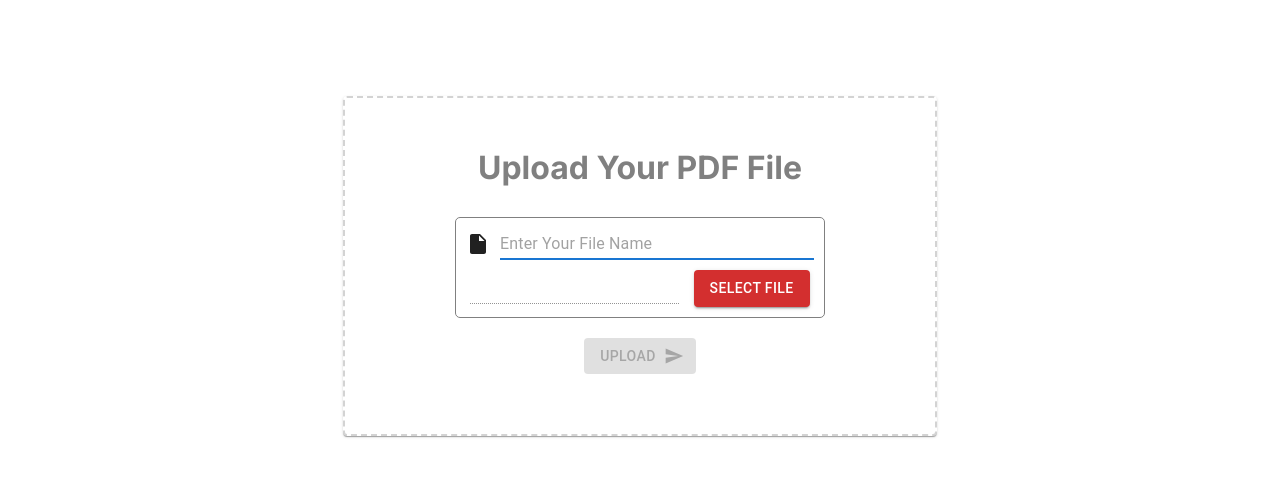
Repository: BhushanPatil-121/pdf-upload-nextjs
Page: /
An editor plug-in stored every save of this project. The page is shown before and after the next save, followed by the edit.
The browser window is 1280 px wide. The pictures show the whole page.
The project was rebuilt for these pictures with package versions that can differ from the ones it lists, and the page was loaded fresh each time. The framework's server and built-in components were replaced by stand-ins that run in the browser. Also part of the build but not shown: next.config.mjs.

Above is the page before, as saved 2024-02-29 11:21:10.

After the next save:
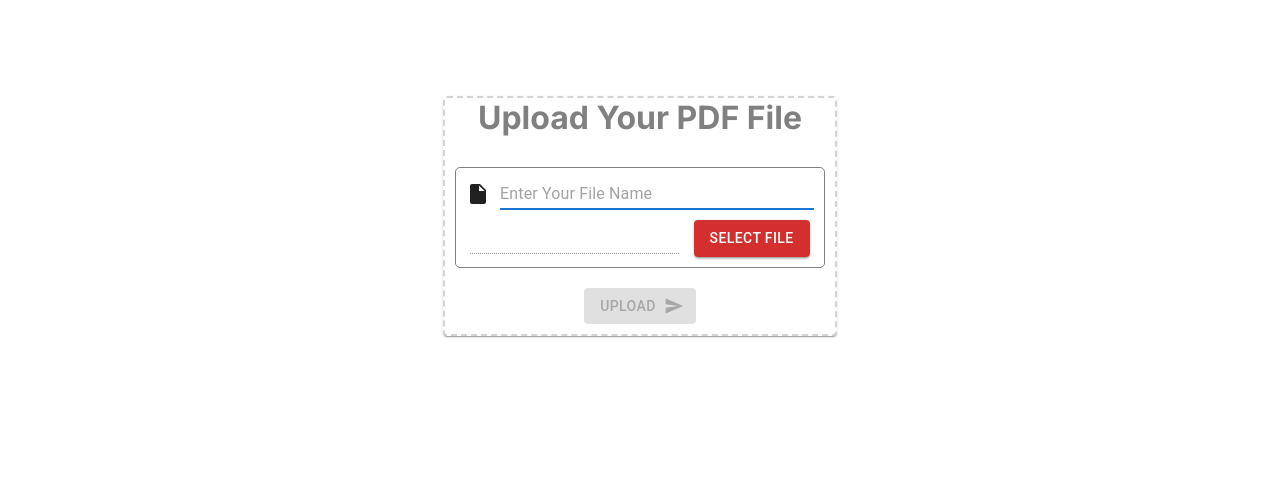
Saved 33 s later.
--- a/src/app/page.module.css
+++ b/src/app/page.module.css
@@ -13,7 +13,7 @@
   flex-direction: column;
   justify-content: center;
   align-items: center;
-  padding: 50px 100px;
+  /* padding: 50px 100px; */
   border-radius: 20px;
   border: dashed 2px lightgrey;
 }

After the save that followed:
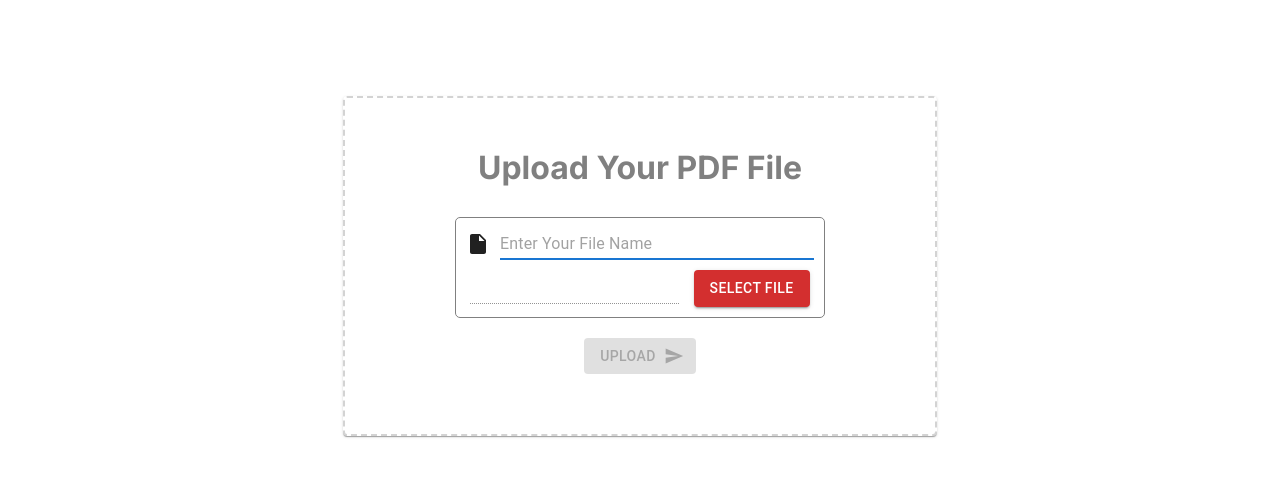
Saved 39 s later.
--- a/src/app/page.module.css
+++ b/src/app/page.module.css
@@ -13,7 +13,7 @@
   flex-direction: column;
   justify-content: center;
   align-items: center;
-  /* padding: 50px 100px; */
+  padding: 50px 100px;
   border-radius: 20px;
   border: dashed 2px lightgrey;
 }
